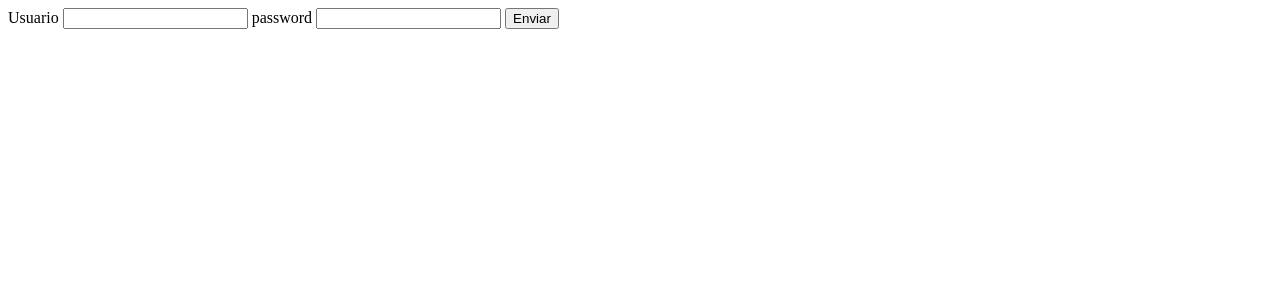
Repository: pauloesc/AprendiendoSpring1
Page: http://localhost/SpringModulo6/miFormularioLogin
An editor plug-in stored every save of this project. The page is shown before and after the next save, followed by the edit.
The browser window is 1280 px wide. The pictures show the whole page.
The page is served by Tomcat 9. Other server files are loaded and not shown.

Above is the page before, as saved 2024-01-10 20:02:57.

### SpringModulo6/src/main/webapp/WEB-INF/vistas/login.jsp
<%@ page language="java" contentType="text/html; charset=UTF-8"
    pageEncoding="UTF-8"%>

    <%@ taglib uri="http://www.springframework.org/tags/form" prefix="form" %>

<!DOCTYPE html>
<html>
<head>
<meta charset="UTF-8">
<title>Insert title here</title>
</head>
<body>

<form:form action="${pageContext.request.contextPath}/urlLogin" method="POST">

<!-- PARA QUE SPRING SEPA EN QUE CAMPOS VA EL USUARIO Y LA CONTRASENIA LOS -->
<!-- CAMPOS DEBEN LLAMARSE USERNAME Y PASSWORD -->
<label>Usuario</label>
<input type="text" name="username"/>
<label>password</label>
<input type="password"  name="password">

<input type="submit" value="Enviar">

</form:form>

</body>
</html>

After the next save:
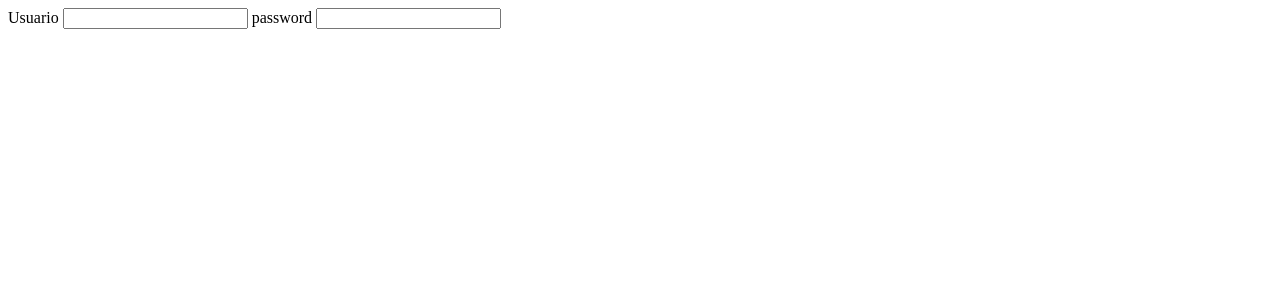
Saved 2 min 15 s later.
--- a/SpringModulo6/src/main/webapp/WEB-INF/vistas/login.jsp
+++ b/SpringModulo6/src/main/webapp/WEB-INF/vistas/login.jsp
@@ -20,7 +20,7 @@
 <label>password</label>
 <input type="password"  name="password">
 
-<input type="submit" value="Enviar">
+<!-- <input type="submit" value="Enviar"> -->
 
 </form:form>
 
